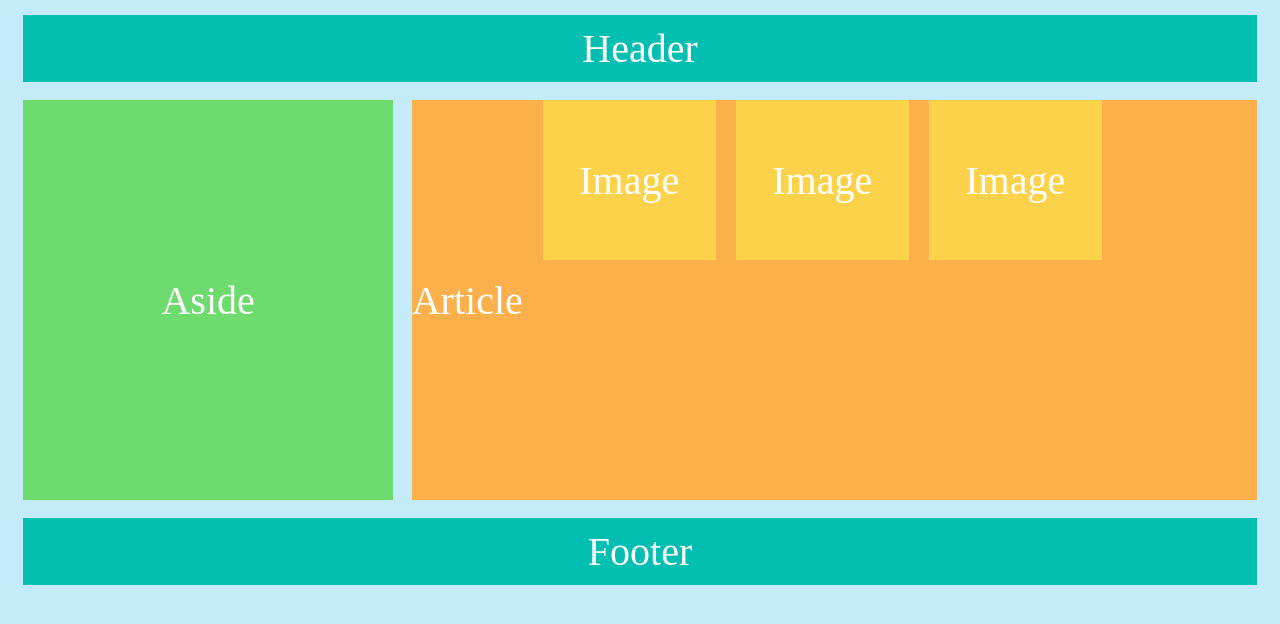
Repository: huyennvo/CSS
Page: flex-css-example/index.html
The author's editor kept a copy of each file at every save. The page is drawn from the files as they stood at one save, then again after the next save.
The browser window is 1280 px wide. The pictures show the whole page.

Above is the page before, as saved 2022-07-18 11:34:15.

### flex-css-example/index.html
<!DOCTYPE html>
<html lang="en">
<head>
    <meta charset="UTF-8">
    <meta http-equiv="X-UA-Compatible" content="IE=edge">
    <meta name="viewport" content="width=device-width, initial-scale=1.0">
    <title>Flexbox example</title>
    <link rel="stylesheet" href="./index.css">
</head>
<body>
    <div class="container">
        <div class="header">
            Header
        </div>
        <br>
        <div class="body">
            <div class="body-left">Aside</div>
            <div class="body-right">
                 <div class="body-right-top">Article</div>
                 <div class="body-right bottom">
                    <div class="item item1">Image</div>
                    <div class="item item2">Image</div>
                    <div class="item item3">Image</div>
                 </div>

            </div>
        </div>
        <br>
        <div class="footer">
            <footer>Footer</footer>
        </div>
    </div>
</body>
</html>

### flex-css-example/index.css
html {
    background-color: #C4EBF9;
}
 .container {
    align-content: center;
    margin: 15px;
    color: white;
}
.header {
    background-color: #02BFB1;
    text-align: center;
    font-size: 40px;
    padding: 10px;
}

.footer {
    background-color: #02BFB1;
    text-align: center;
    color: white;
    font-size: 40px;
    padding: 10px;
}

.body {
    display: flex;
    flex-direction: row;
    flex-wrap: wrap;
    justify-content: space-between;
}

.body-left {
    background-color: #6EDB6E;
    width: 30%;
    height: 400px;
    display: flex;
    justify-content: center;
    align-items: center;
    font-size: 40px;
}

.body-right {
    background-color: #FBB04C;
    width: 68.5%;
    height: 400px;
    font-size: 40px;
    display: flex;
    flex-direction: row;

}

.body-right-bottom {
    display: flex;
    justify-content: center;
    align-items: flex-end;
    flex-grow: 3;
    flex-direction: row;
}

.body-right-top {
    display: flex;
    align-items: center;

}
.item {
     background-color: #FCD24A;
     display: flex;
     align-content: space-between;
     justify-content: center;
     align-items: center;
     width: 30%;
     height: 40%;
     margin-left: 20px;


}

After the next save:
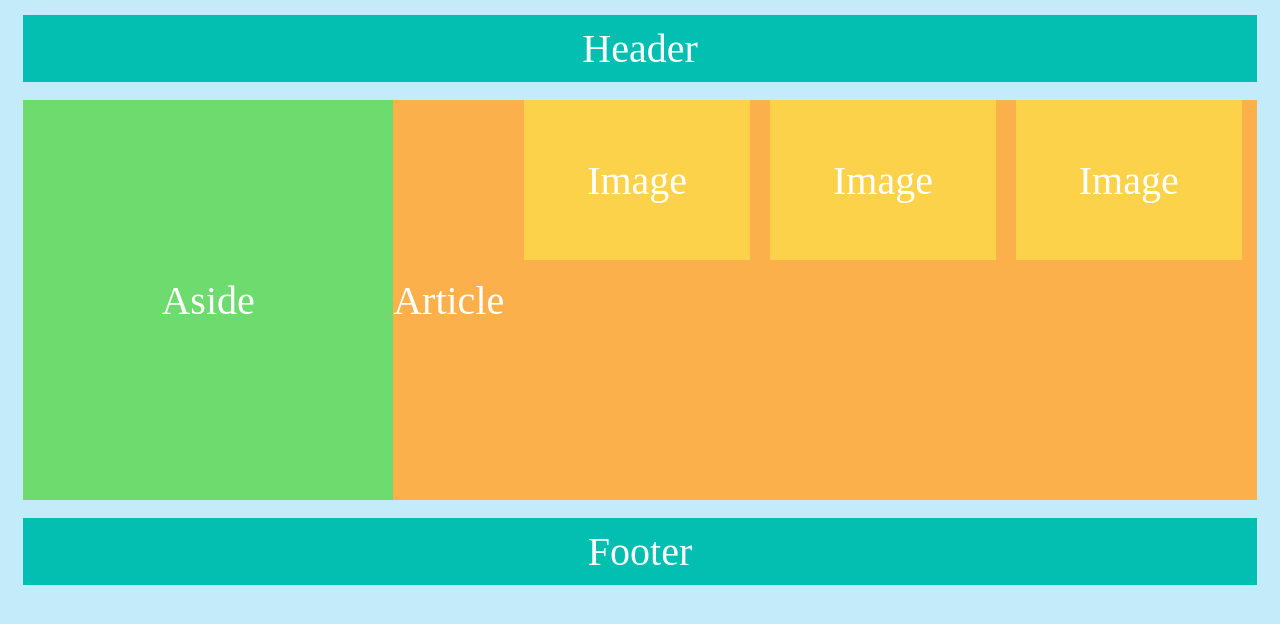
Saved 2 min 41 s later.
--- a/flex-css-example/index.css
+++ b/flex-css-example/index.css
@@ -45,6 +45,7 @@ html {
     font-size: 40px;
     display: flex;
     flex-direction: row;
+    flex-grow: 2;
 
 }
 
@@ -71,5 +72,4 @@ html {
      height: 40%;
      margin-left: 20px;
 
-
 }
